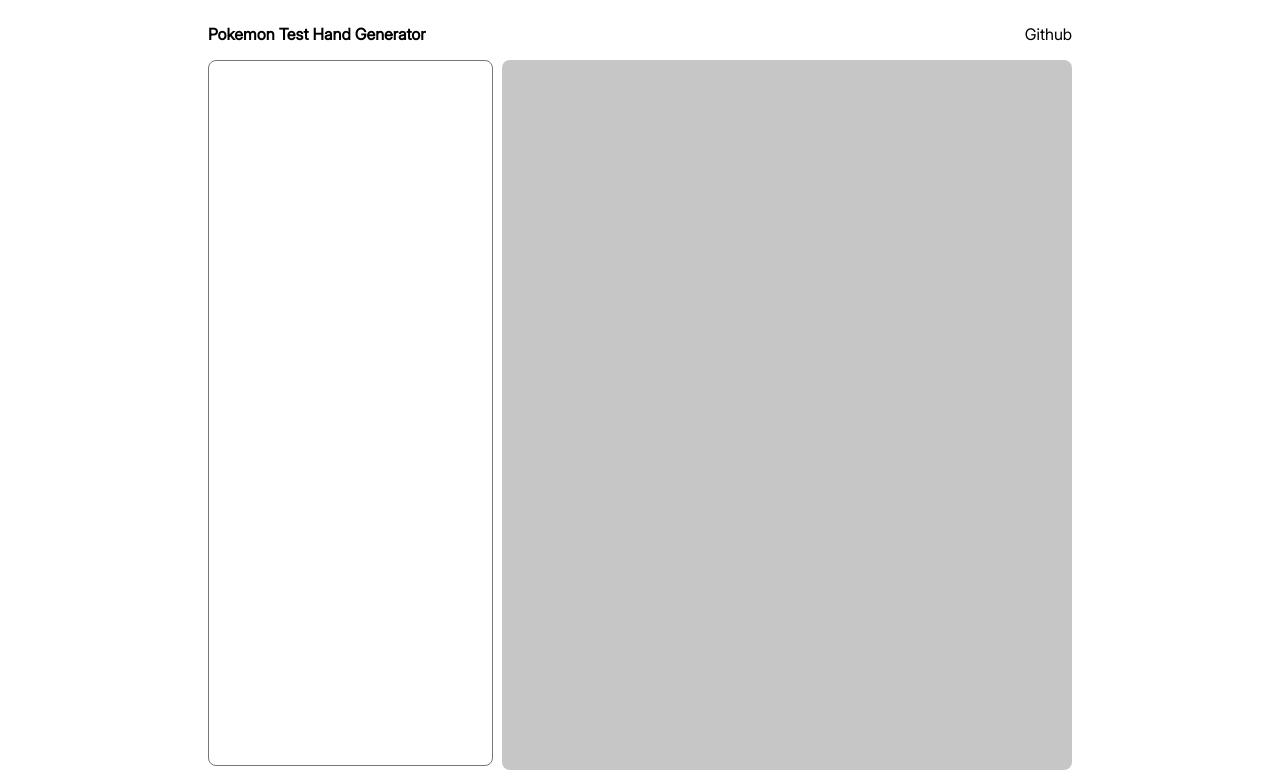
Repository: danielj1415/test-hand-simulator
Page: /
An editor plug-in stored every save of this project. The page is shown before and after a run of saves, followed by the edit.
The browser window is 1280 px wide. The pictures show the whole page.
The project was rebuilt for these pictures with package versions that can differ from the ones it lists, and the page was loaded fresh each time. Also part of the build but not shown: vite.config.ts, src/index.css.

Above is the page before, as saved 2024-10-30 17:55:20.

After the next 3 saves:
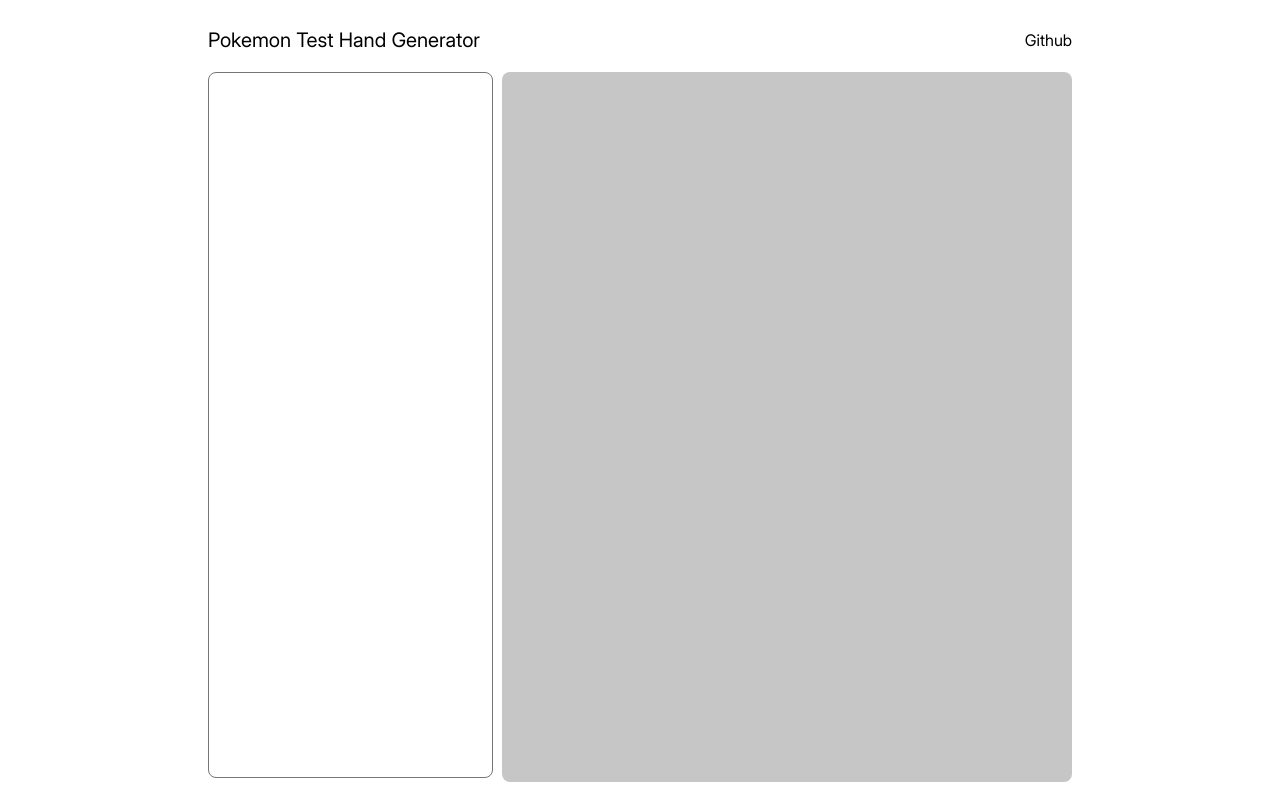
The 3 saves are shown as one change because they came seconds apart.
The last was saved 2 min 15 s later.
--- a/src/App.css
+++ b/src/App.css
@@ -19,9 +19,8 @@
 }
 
 .headerTextBold{
-  font-size: 16px;
+  font-size: 20px;
   font-family: "Inter";
-  font-weight: bold;
 }
 
 .mainBody{
